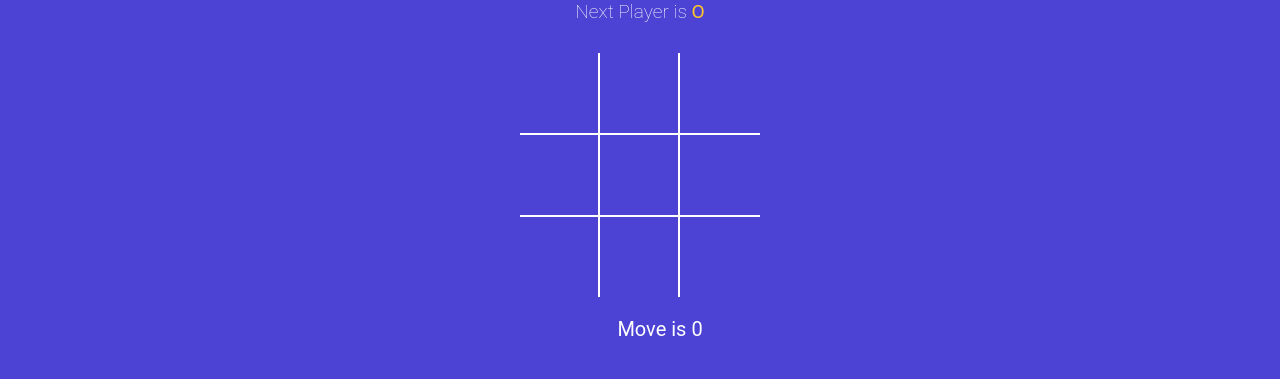
Repository: NoobAjay/tictactoe-game
Page: /
An editor plug-in stored every save of this project. The page is shown before and after the next save, followed by the edit.
The browser window is 1280 px wide. The pictures show the whole page.
The project was rebuilt for these pictures with package versions that can differ from the ones it lists, and the page was loaded fresh each time. Also part of the build but not shown: vite.config.js.

Above is the page before, as saved 2023-03-22 13:43:07.

After the next save:
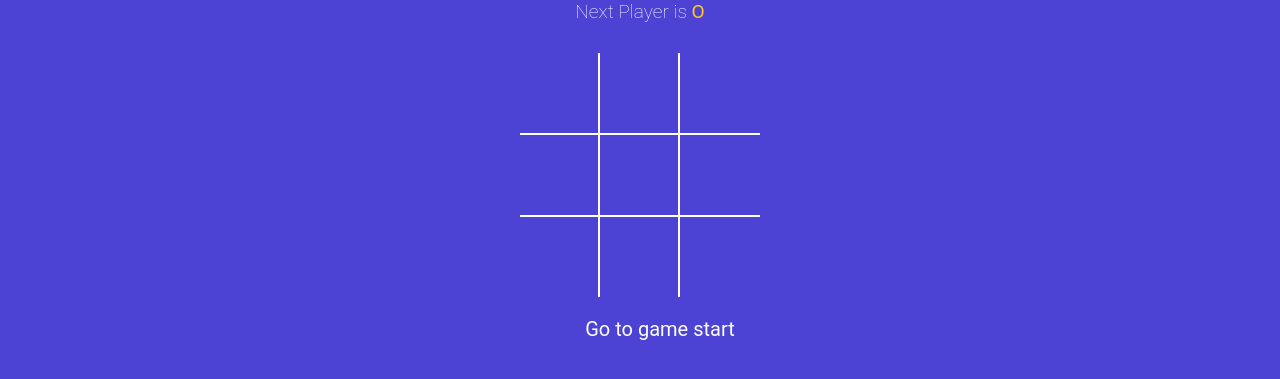
Saved 2 min 22 s later.
--- a/src/components/History.jsx
+++ b/src/components/History.jsx
@@ -5,7 +5,9 @@ const History = ({ history }) => {
     <div>
       <ul>
         {history.map((_, index) => (
-          <div key={index}>Move is {index}</div>
+          <div key={index}>
+            {index === 0 ? `Go to game start` : `Go to move #${index}`}
+          </div>
         ))}
       </ul>
     </div>
